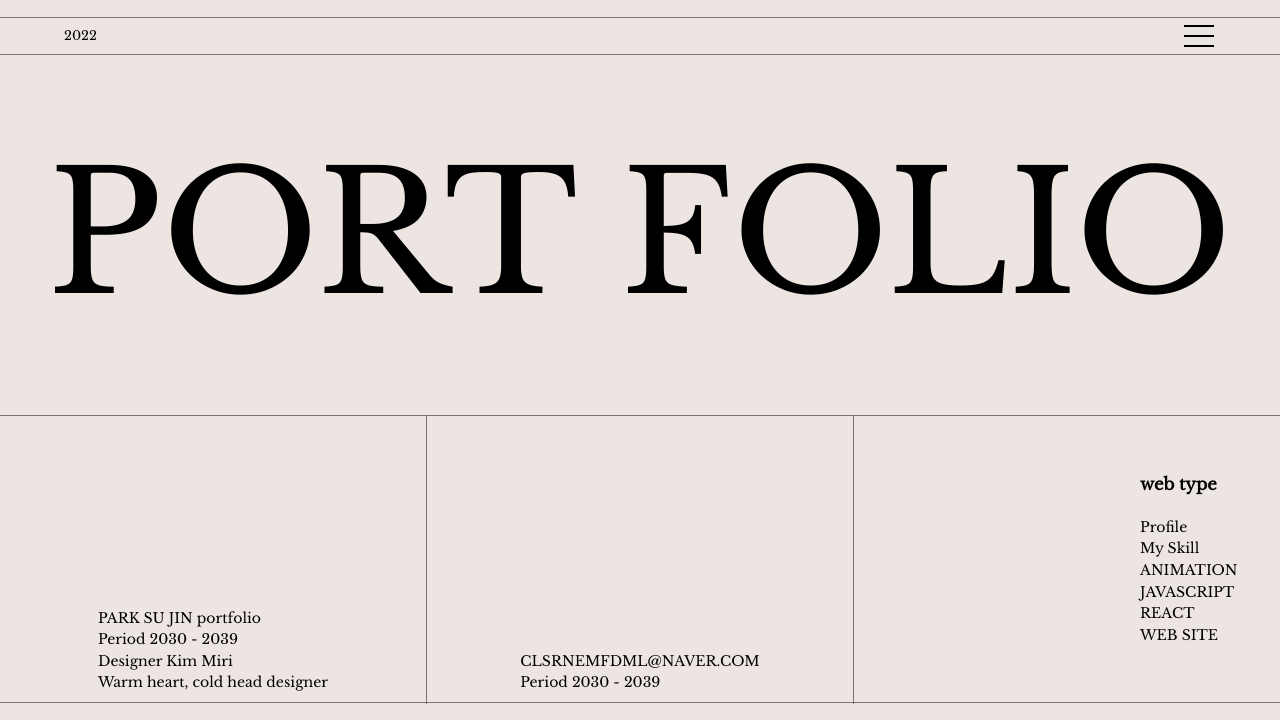
Repository: clsrnemfdml/portfolio_parksj_versiton1
Page: index.html
An editor plug-in stored every save of this project. The page is shown before and after the next save, followed by the edit.
The browser window is 1280 px wide. The pictures show the whole page.

Above is the page before, as saved 2021-09-07 07:44:56.

### index.html
<!DOCTYPE html>
<html lang="en">
<head>
    <meta charset="UTF-8">
    <meta http-equiv="X-UA-Compatible" content="IE=edge">
    <meta name="viewport" content="width=device-width, initial-scale=1.0">
    <title>parkjs portfolio</title>
    <meta name="descripsion" content="박수진의 포트폴리오 입니다.">
    <link rel="stylesheet" href="css/reset.css">
    <link rel="stylesheet" href="css/index.css">
    <style> @import url('https://fonts.googleapis.com/css2?family=Libre+Baskerville&display=swap');</style>
    <script src="js/index.js"></script>

</head>
<body>
    <div id="wrap">
        <section id="section1">
            <div class="wrap_portFolio">
                <div class="menu">
                    <p>2022</p>
                    <span>
                    </span>
                </div>
                <div class="content">
                    <h6>PORT FOLIO</h6>
                </div>
                <div class="content_bottom">
                    <div class="rsum1">
                        <p>PARK SU JIN portfolio<br>
                        Period  2030 - 2039<br>
                        Designer   Kim Miri<br>
                        Warm heart, cold head designer</p>
                    </div>
                    <div class="rsum2">
                        <p>CLSRNEMFDML@NAVER.COM<br>
                        Period  2030 - 2039</p>
                    </div>
                    <div class="rsum3">
                        <ul>
                            <li class="fitst_write">web type</li>
                            <li>Profile</li>
                            <li>My Skill</li>
                            <li>ANIMATION</li>
                            <li>JAVASCRIPT</li>
                            <li>REACT</li>
                            <li>WEB SITE</li>
                        </ul>
                    </div>
                </div>
            </div>

        </section>
    </div>

</body>
</html>

### css/index.css


#wrap{width: 100%; height: auto;}




/*section1 */
#wrap #section1{height: 100vh; width: 100%; background: #ECE5E1;
    font-family: 'Libre Baskerville', serif; position: relative;}

#wrap #section1 .wrap_portFolio{
    width: 100%;
    height: 95vh;
    position: absolute;
    top: 50%;
    transform: translateY(-50%);
    border-bottom: 1px solid #767371;
    border-top: 1px solid #767371;
}

#wrap #section1 .menu{
    width: 100%;
    height: 5vh;
    border-bottom: 1px solid #767371;
    position: relative;
    font-size: 1vw;

}
#wrap #section1 .menu p{
    padding-left: 5%;
    position: absolute;
    top: 50%;
    transform: translateY(-50%);
}
#wrap #section1 .menu span{
    display: block;
    position: absolute;
    right: 4%;
    top: 50%;
    transform: translate(-50%, -50%);
    width: 30px;
    height: 2px;
    background: rgb(0, 0, 0);
    float: right;
}
    #wrap #section1 .menu span::before{
    content: '';
    width: 30px;
    height: 2px;
    background: rgb(0, 0, 0);
    position: absolute;
    left: 0;
    bottom: 10px;
    transform: rotate(0deg);
    transition-duration: .3s;
}
    #wrap #section1 .menu span::after{
        content: '';
        width: 30px;
        height: 2px;
        background: rgb(0, 0, 0);
        position: absolute;
        left: 0;
        top: 10px;
        transform: rotate(0deg);
        transition-duration: .3s;
    }

    #wrap #section1 .content{
        height: 50vh;
        position: relative;
        width: 100%;
        font-size: 13vw;
        text-align: center;
        border-bottom: 1px solid #767371;


    }
    #wrap #section1 .content h6{
        position: absolute;
        width: 100%;
        top: 50%;
        left: 50%;
        transform: translate(-50% , -50%);
        font-weight: 300;
    }

    #wrap #section1 .content_bottom{
        width: 100%;
        height: 40vh;
        position: absolute;
        display: flex;
    }


    #wrap #section1 .content_bottom > div{
        width: 33.333%;
        height: auto;
        font-size: 1.1vw;





    }
    #wrap #section1 .content_bottom > div p{
        padding-bottom: 10px;
    }

    #wrap #section1 .content_bottom .rsum1{
        border-right: 1px solid #767371;
        display: flex;
        justify-content: center;
        align-items: flex-end;
        line-height: 3vh;


    }
    #wrap #section1 .content_bottom .rsum2{
        border-right: 1px solid #767371;
        display: flex;
        justify-content: center;
        align-items: flex-end;
        line-height: 3vh;
    }

    #wrap #section1 .content_bottom .rsum3{
        display: flex;
        justify-content: end;
        align-items: center;
        line-height: 3vh;
    }
    #wrap #section1 .content_bottom .rsum3 ul{
        padding: 0 10%;
    }

    #wrap #section1 .content_bottom .rsum3 .fitst_write{
        font-weight: bold;
        font-size: 1.3vw;
        padding-bottom: 3vh;
    }

Loaded but not shown: css/reset.css (common file); js/index.js (no stored copy; drawn as an empty file)

After the next save:
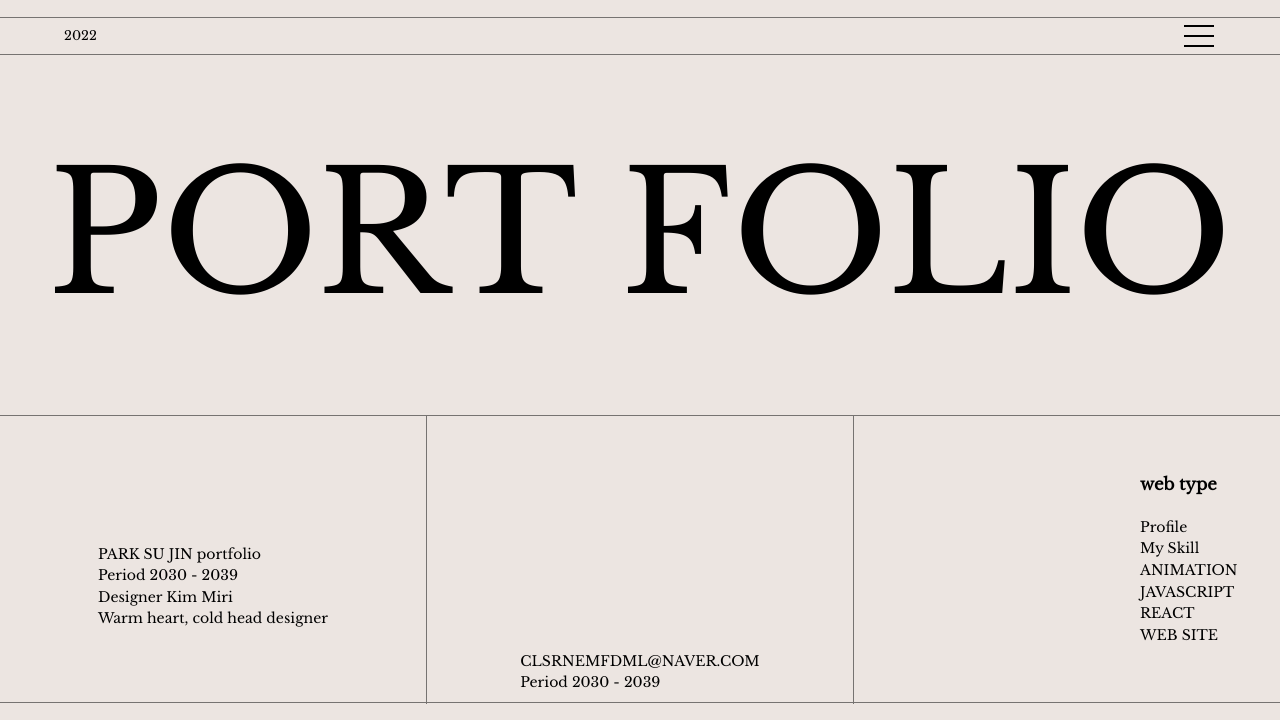
Saved 27 s later.
--- a/css/index.css
+++ b/css/index.css
@@ -114,6 +114,7 @@
         justify-content: center;
         align-items: flex-end;
         line-height: 3vh;
+        padding-bottom: 5%;
 
 
     }
